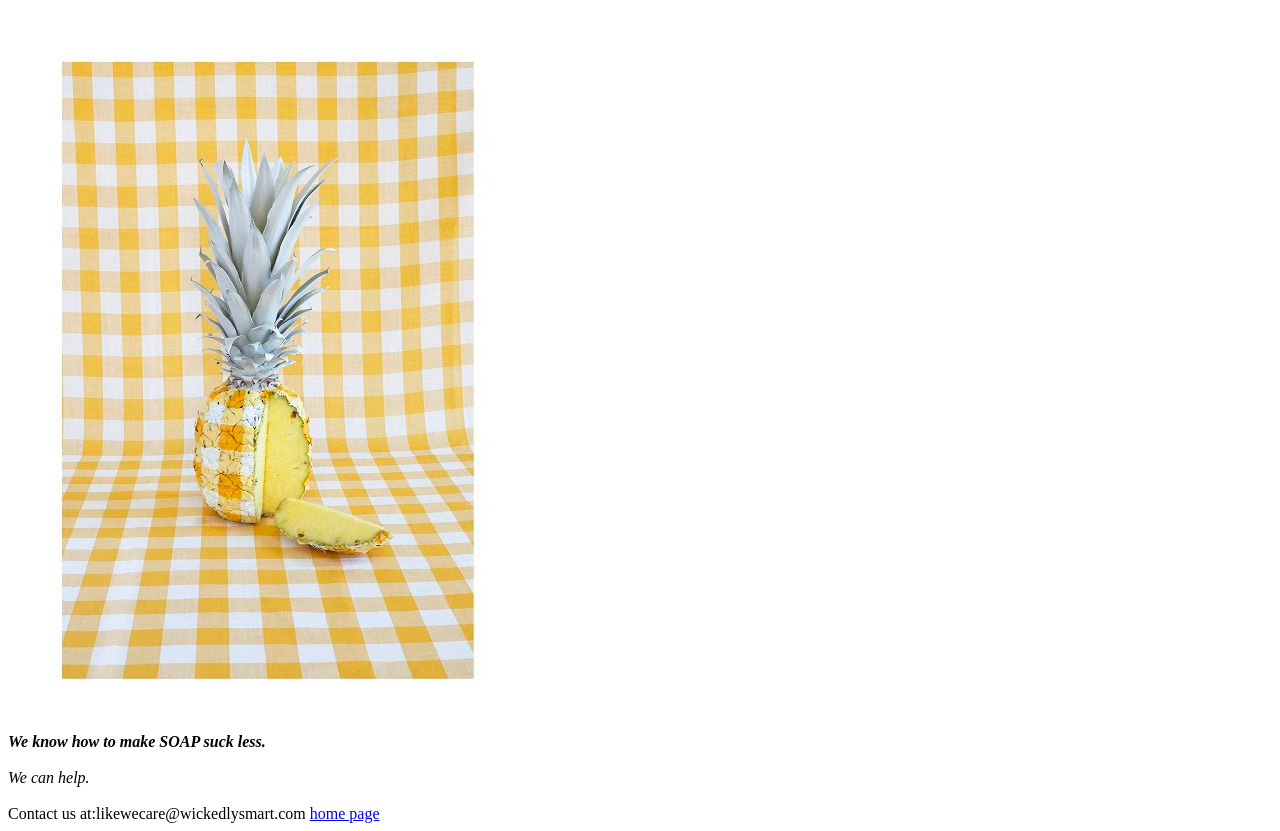
Repository: Freshield/GAEJSP
Page: http://localhost/Chp8.2/Contack.jsp
The author's editor kept a copy of each file at every save. The page is drawn from the files as they stood at one save, then again after a run of saves.
The browser window is 1280 px wide. The pictures show the whole page.
The page is served by Tomcat 9.

Above is the page before, as saved 2016-03-29 22:14:18.

After the next 2 saves:
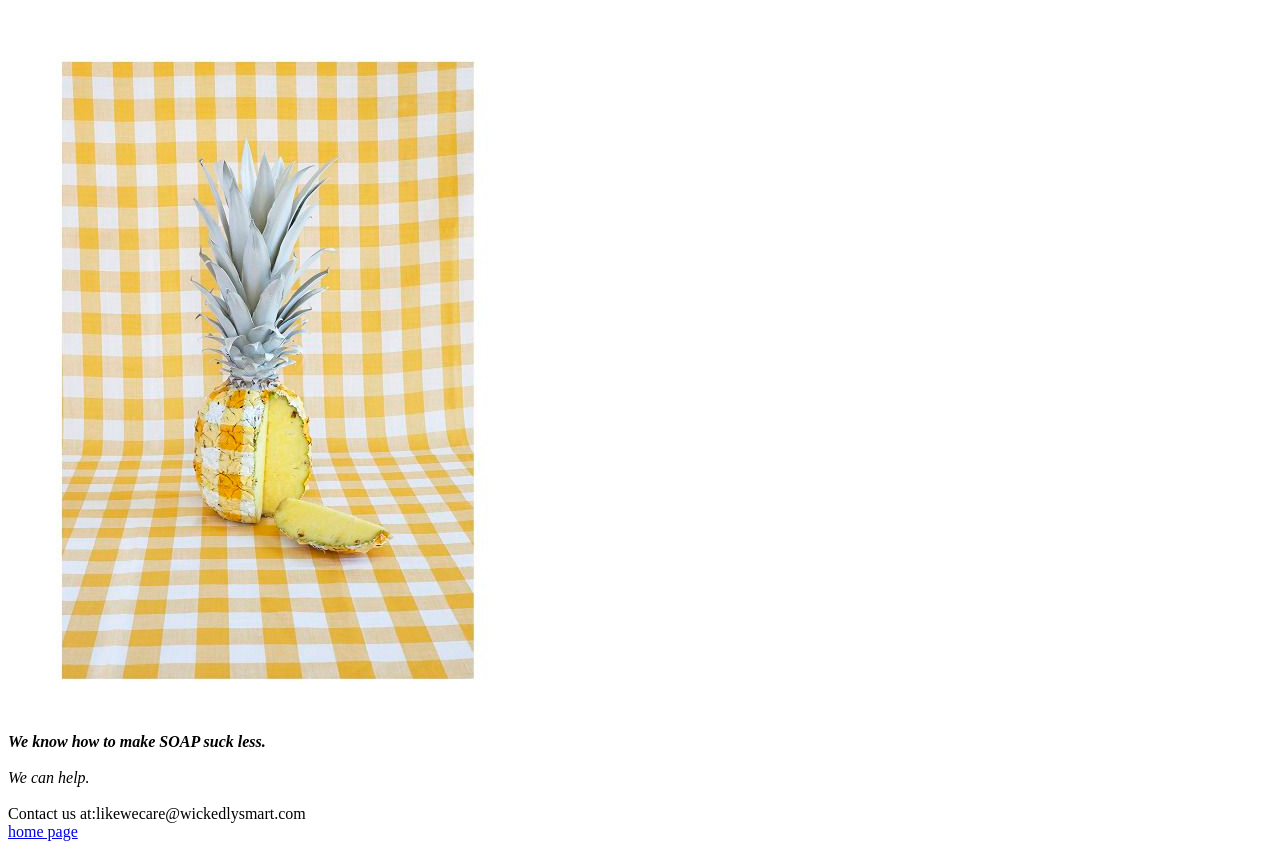
The 2 saves are shown as one change because they came seconds apart.
The last was saved 16 s later.
--- a/real-headfirst/Chp8.2/WebContent/Contack.jsp
+++ b/real-headfirst/Chp8.2/WebContent/Contack.jsp
@@ -11,8 +11,8 @@
 	<jsp:include page="Header.jspf"></jsp:include>
 	<br>
 	<em>We can help.</em><br><br>
-	Contact us at:${ initParam.mainEmail }
-	<%@ include file="Footer.html" %>
+	Contact us at:${ initParam.mainEmail }<br>
+	<%@ include file="Footer.html" %><br>
 
 </body>
 </html>
